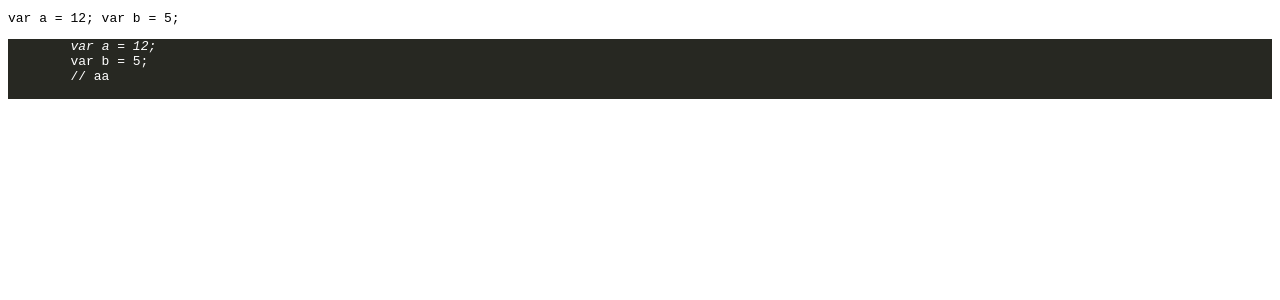
Repository: totianjie/totianjie.github.com
Page: pages/html.css/aa.html
These files come from the project's save history. The page is drawn as it stood at one moment and after the next save; the edit follows.
The browser window is 1280 px wide. The pictures show the whole page.

Above is the page before, as saved 2019-05-07 14:49:26.

### pages/html.css/aa.html
<!DOCTYPE html>
<html lang="en">
<head>
    <meta charset="UTF-8">
    <meta name="viewport" content="width=device-width, initial-scale=1.0">
    <meta http-equiv="X-UA-Compatible" content="ie=edge">
    <title>Document</title>
</head>
<body>
    <code>
        var a = 12;
        var b = 5;
    </code>
    <pre style="background: #272822; color: #fff;">
        <var>var a = 12;</var>
        var b = 5;
        // aa
    </pre>
</body>
</html>

### styles/css/reset.css
/*重置滑动条*/
::-webkit-scrollbar {
    width: 10px;
    height: 10px;
    border-radius: 10px;
    border: none;
}

::-webkit-scrollbar-button {
    display: none;
}

::-webkit-scrollbar-track {
    display: none;
}

::-webkit-scrollbar-track-piece {
    display: none;
}

::-webkit-scrollbar-thumb {
    border-radius: 10px;
    transition: all linear 300ms
}

::-webkit-scrollbar-thumb:hover {
    background-color: #5A606F;
    cursor: pointer
}

::-webkit-scrollbar-corner {
}

::-webkit-resizer {
    display: none
}

::-webkit-scrollbar-track {
    background-color: #F5F5F5
}

::-webkit-scrollbar-thumb {
    background-color: #999
}

html {
    width: 100%;
    height: 100%;
}

body {
    font-size: 12px;
    width: 100%;
    height: 100%;
    overflow: auto;
}

body {
    font-family: "Helvetica Neue", Helvetica, "PingFang SC", "Hiragino Sans GB", "Microsoft YaHei", "微软雅黑", Arial, sans-serif;
}

body, p, h1, h2, h3, h4, h5, h6, ul, ol, li, dl, dt, dd {
    margin: 0;
    padding: 0;
}

h1, h2, h3, h4, h5, h6 {
    font-weight: normal;
    font-size: 12px;
}

a {
    text-decoration: none;
    color: #000;
}

strong, b {
    font-weight: normal;
}

em, i {
    font-style: normal;
}

img {
    vertical-align: middle;
    border: none;
}

/*消除图片的下间距，消除图片在IE里面出现的边框*/
li {
    list-style: none;
}
pre {
    background: #272822;
    color: #fff;
}

After the next save:
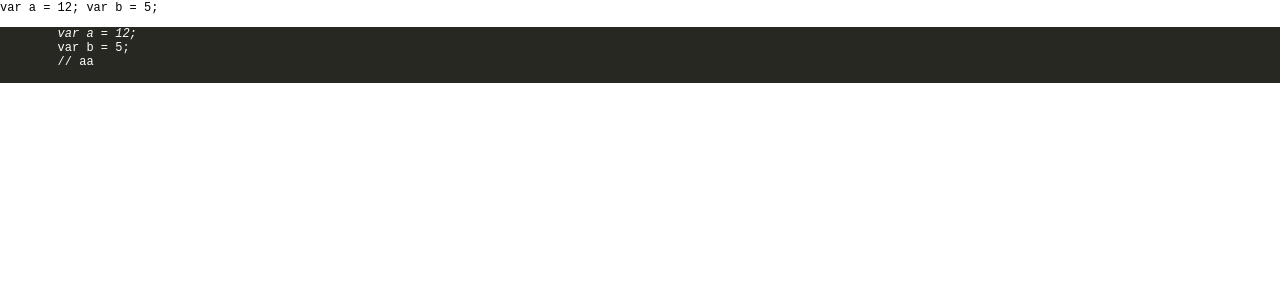
Saved 35 s later.
--- a/pages/html.css/aa.html
+++ b/pages/html.css/aa.html
@@ -5,6 +5,7 @@
     <meta name="viewport" content="width=device-width, initial-scale=1.0">
     <meta http-equiv="X-UA-Compatible" content="ie=edge">
     <title>Document</title>
+    <link rel="stylesheet" href="./../../styles/css/reset.css">
 </head>
 <body>
     <code>
